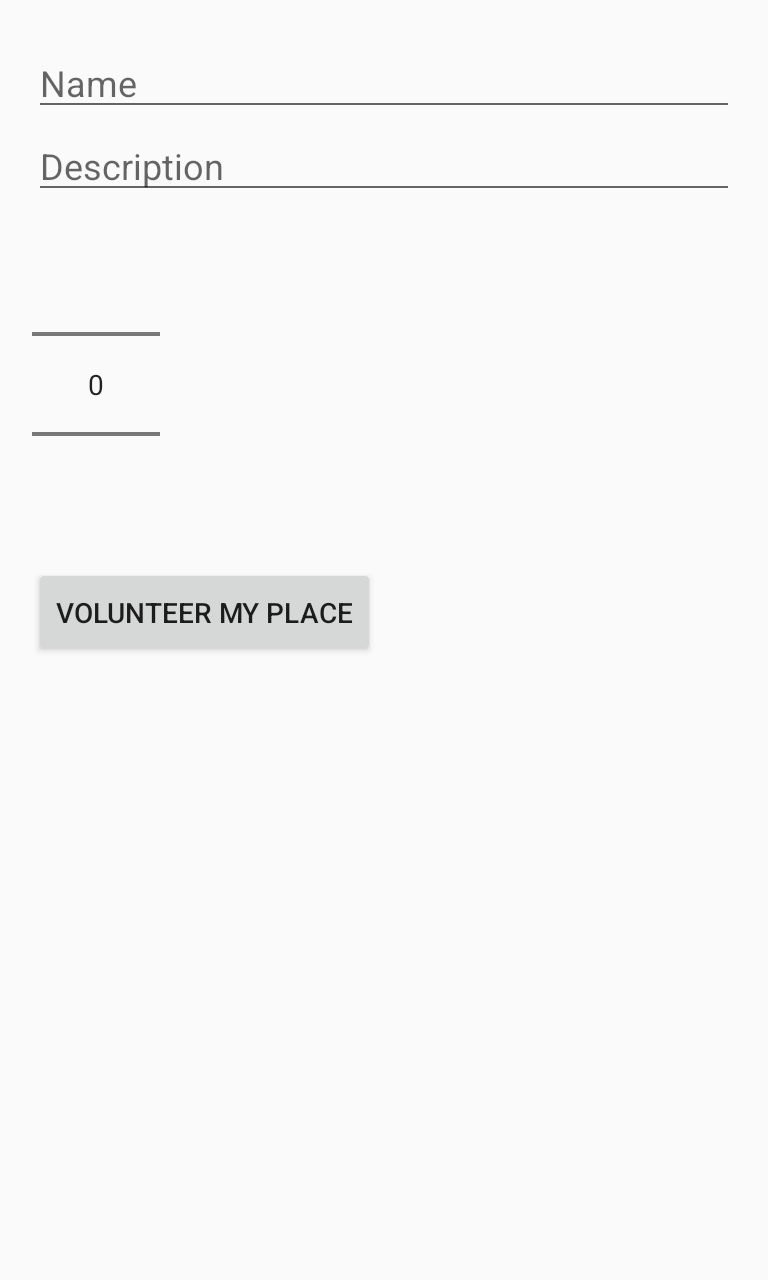
Repository: ckskylight/HackMIT-2014
Layout: HelpMe/res/layout/help_others.xml
The author's editor kept a copy of each file at every save. The layout is drawn from the files as they stood at one save, then again after a run of saves.
It is drawn on a 768 x 1280 px phone screen (xhdpi) without system bars, with theme AppTheme; the app's code is not run.

Above is the layout before, as saved 2014-10-05 09:39:50.

### HelpMe/res/layout/help_others.xml
<LinearLayout xmlns:android="http://schemas.android.com/apk/res/android"
    xmlns:tools="http://schemas.android.com/tools"
    android:layout_width="match_parent"
    android:layout_height="match_parent"
    android:paddingLeft="16dp"
    android:paddingRight="16dp"
    android:orientation="vertical" >

    <TextView
        android:id="@+id/section_label"
        android:layout_width="wrap_content"
        android:layout_height="wrap_content" />

    <EditText
        android:id="@+id/Name"
    	android:layout_width="fill_parent"
    	android:layout_height="wrap_content"
    	android:hint="@string/name_hint" />

    <EditText
        android:id="@+id/Description"
    	android:layout_width="fill_parent"
    	android:layout_height="wrap_content"
    	android:hint="@string/description_hint" />

    <NumberPicker
        android:id="@+id/Capacity"
        android:layout_width="wrap_content"
        android:layout_height="wrap_content"
        android:layout_centerInParent="true"  />

    <Button
        android:id="@+id/volunteer"
        android:layout_width="wrap_content"
        android:layout_height="wrap_content"
        android:layout_centerHorizontal="true"
        android:layout_centerVertical="true"
        android:color="#1B5E91"
        android:text="@string/help_others" />

</LinearLayout>

### HelpMe/res/values/strings.xml
<?xml version="1.0" encoding="utf-8"?>
<resources>

    <string name="app_name">HelpMe</string>
    <string name="title_section1">Help Me</string>
    <string name="title_section2">Help Others</string>
    <string name="hello_world">Hello world!</string>
    <string name="action_settings">Settings</string>
    <string name="help_me">Help Me</string>
	<string name="phone_hint">Phone Number</string>
	<string name="name_hint">Name</string>
	<string name="description_hint">Description</string>
	<string name="help_others">Volunteer My Place</string>
</resources>

Loaded but not shown: HelpMe/res/values/styles.xml (common file); HelpMe/res/values-v11/styles.xml (common file); HelpMe/res/values-v14/styles.xml (common file)

After the next 2 saves:
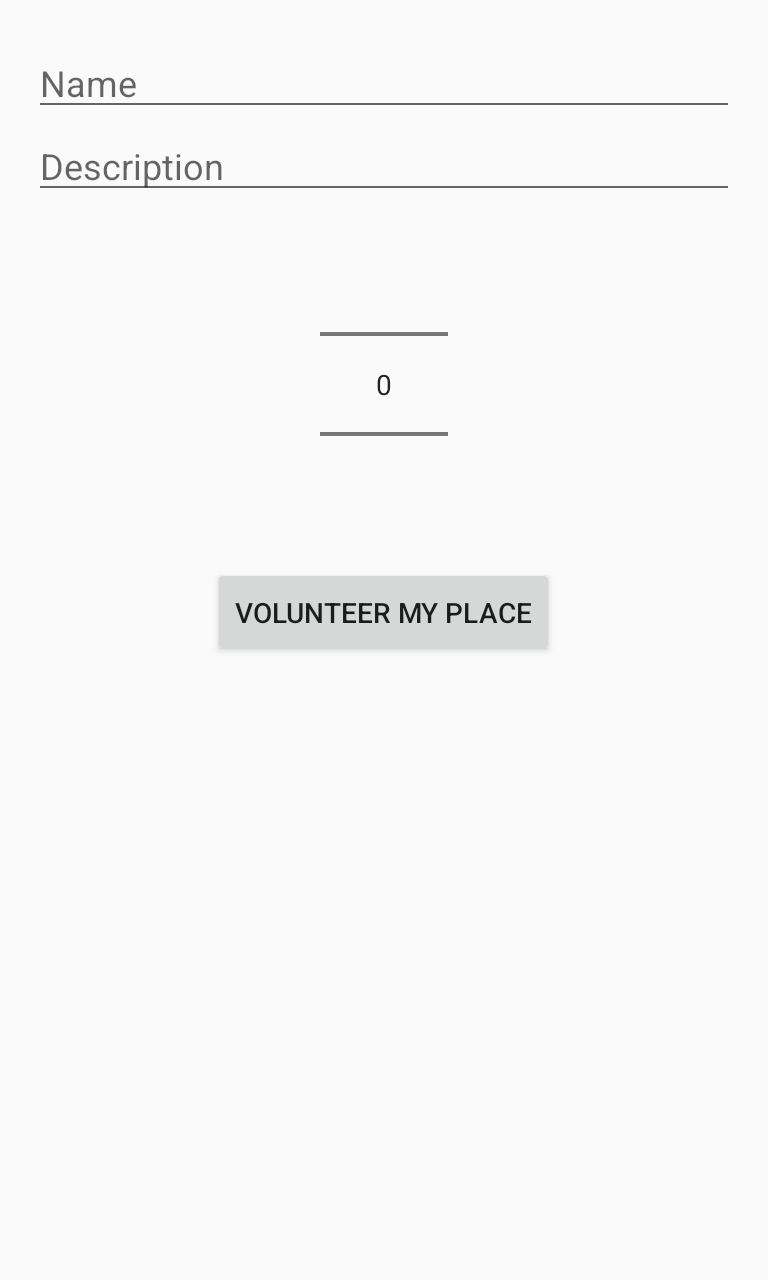
The 2 saves are shown as one change because 1 did not build or start.
The last was saved 4 min 3 s later.
--- a/HelpMe/res/layout/help_others.xml
+++ b/HelpMe/res/layout/help_others.xml
@@ -4,6 +4,7 @@
     android:layout_height="match_parent"
     android:paddingLeft="16dp"
     android:paddingRight="16dp"
+    android:gravity="center_horizontal"
     android:orientation="vertical" >
 
     <TextView
